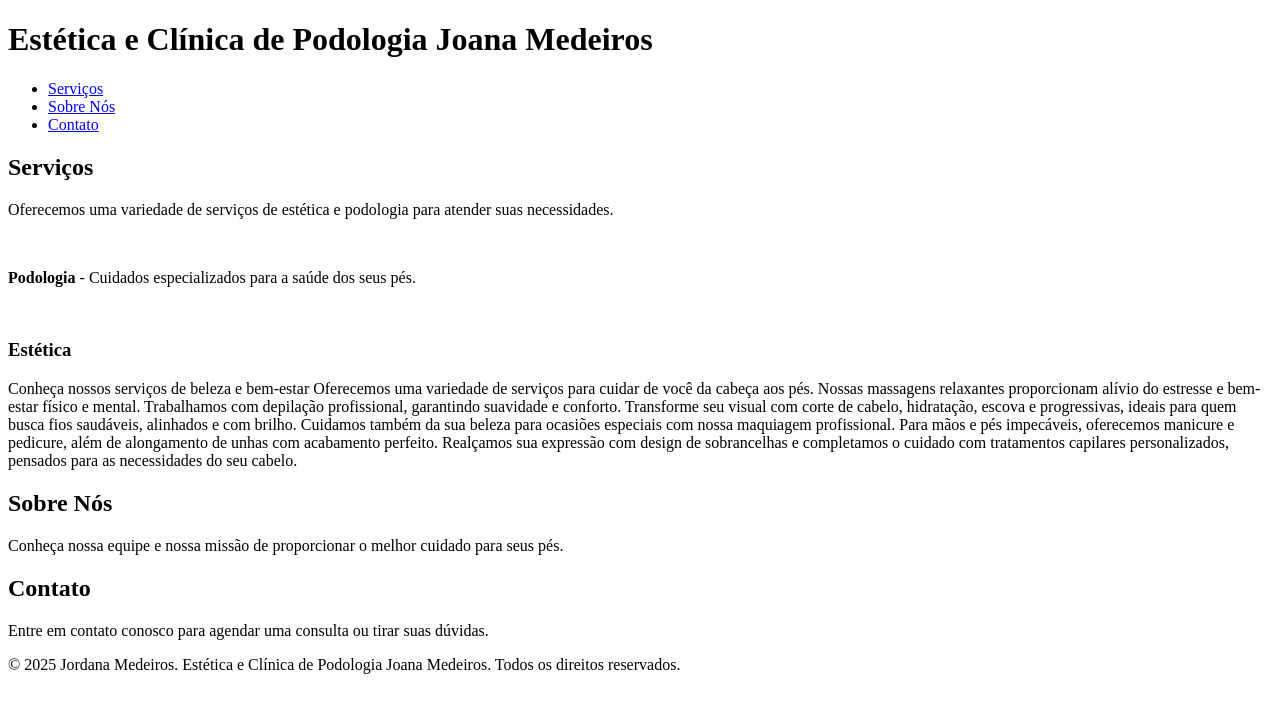
Repository: Iamjordana/projeto-estetica
Page: index.html
These files come from the project's save history. The page is drawn as it stood at one moment and after a run of saves; the edit follows.
The browser window is 1280 px wide. The pictures show the whole page.

Above is the page before, as saved 2025-04-14 11:43:37.

After the next 2 saves:
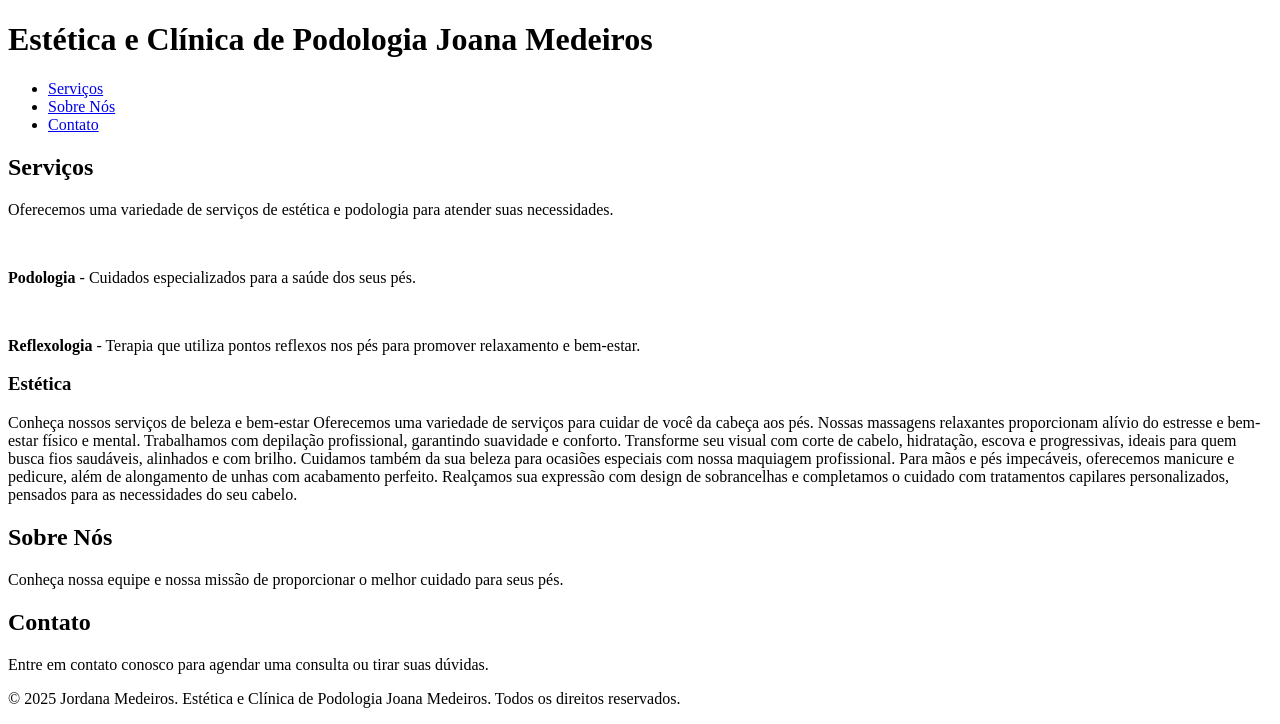
The 2 saves are shown as one change because they came seconds apart.
The last was saved 6 min 44 s later.
--- a/index.html
+++ b/index.html
@@ -29,7 +29,8 @@
                     <strong>Podologia</strong> - Cuidados especializados para a saúde dos seus pés.
                 </p>
 
-                <img src="" alt="" srcset="">
+                <img src="" alt="" srcset="" id="imagem-podologia"> <p>
+                    <strong>Reflexologia</strong> - Terapia que utiliza pontos reflexos nos pés para promover relaxamento e bem-estar.
                 <h3>Estética</h3>
                 <p>
                     Conheça nossos serviços de beleza e bem-estar
